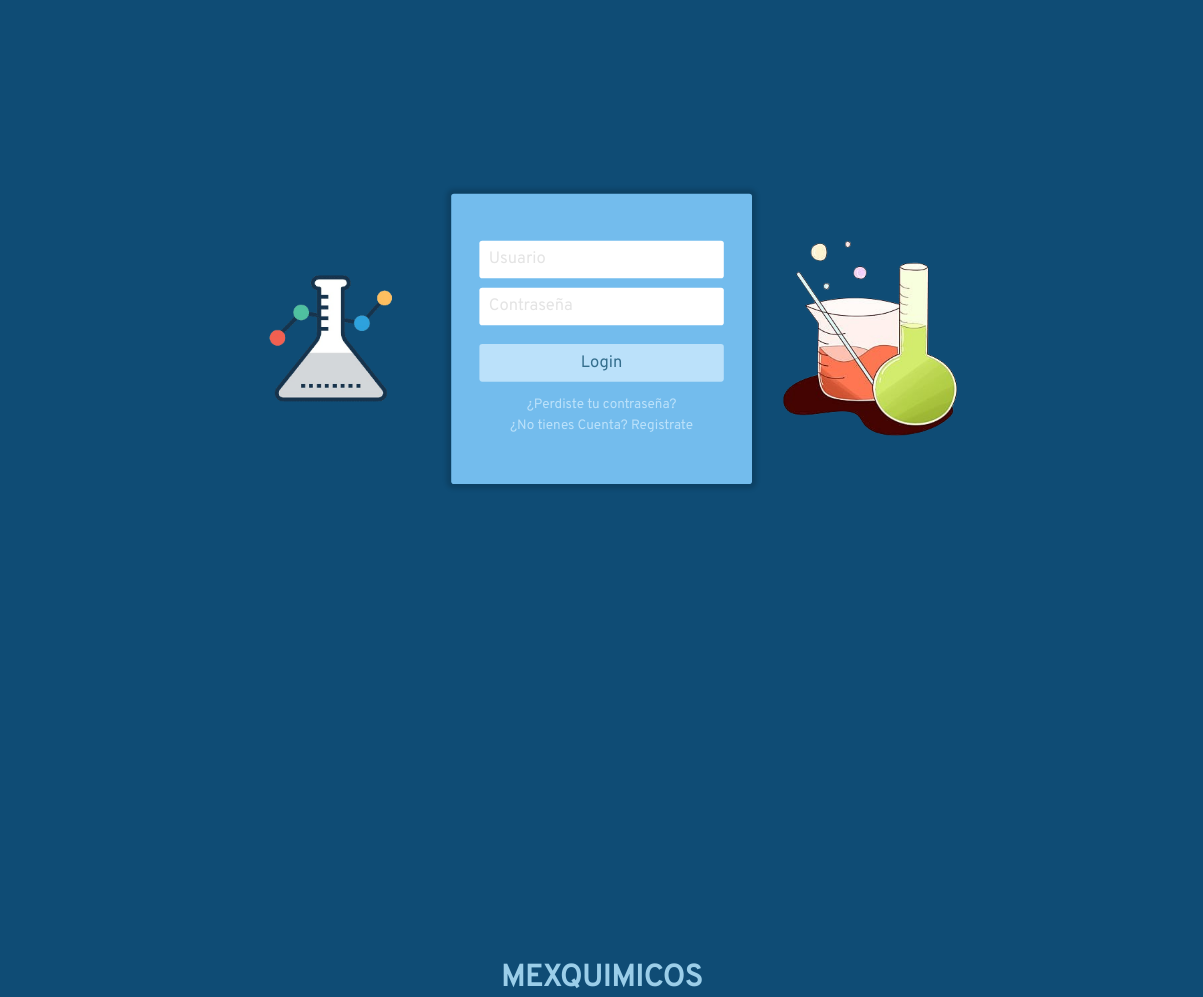
Repository: iDiv3r/MexiQuimicosIsay
Page: Index.html
An editor plug-in stored every save of this project. The page is shown before and after the next save, followed by the edit.
The browser window is 1280 px wide. The pictures show the whole page, at 94% of full size.

Above is the page before, as saved 2023-11-26 16:25:32.

### Index.html
<!doctype html>
<html lang="es">

    <head>

        <meta charset="utf-8">

        <title> Formulario de Acceso </title>

        <meta name="viewport" content="width=device-width, initial-scale=1.0">
        <meta name="author" content="Videojuegos & Desarrollo">
        <meta name="description" content="Muestra de un formulario de acceso en HTML y CSS">
        <meta name="keywords" content="Formulario Acceso, Formulario de LogIn">

        <link href="https://fonts.googleapis.com/css?family=Nunito&display=swap" rel="stylesheet">
        <link href="https://fonts.googleapis.com/css?family=Overpass&display=swap" rel="stylesheet">
        <link rel="stylesheet" href="css/login.css">

        <style type="text/css">

        </style>

        <script type="text/javascript">

        </script>

    </head>
    <body>

        <div id="contenedor">
          <h1>MEXQUIMICOS</h1>
          <img src="img/L1.png" alt="logo" class="logo">
            <div id="central">
                <div id="login">
                    <form action="Controller.php" method="post">
                        <input type="text" name="txtCorreo" placeholder="Usuario" required>
                        <input type="password" placeholder="Contraseña" name="txtPass" required>
                        <button type="submit" title="Ingresar" name="btnIng">Login</button>
                    </form>
                    <div class="pie-form">
                        <a href="#">¿Perdiste tu contraseña?</a>
                        <a href="#">¿No tienes Cuenta? Registrate</a>
                    </div>
                </div>
            </div>
            <img src="img/L2.png" alt="logo" class="logo">
        </div>
    </body>
</html>

### css/login.css
body {
    font-family: 'Overpass', sans-serif;
    font-weight: normal;
    font-size: 100%;
    color: #9bcee9;

    margin: 0;
    background-color: #0f4c75;
}

#contenedor {
    display: flex;
    align-items: center;
    justify-content: center;

    margin: 0;
    padding: 0;
    min-width: 100vw;
    min-height: 100vh;
    width: 100%;
    height: 100%;
}

#central {
    max-width: 320px;
    width: 100%;
}

.titulo {
    font-size: 250%;
    color:#bbe1fa;
    text-align: center;
    margin-bottom: 20px;
}

#login {
    width: 100%;
    padding: 50px 30px;
    background-color: #73bced;

    -webkit-box-shadow: 0px 0px 5px 5px rgba(0,0,0,0.15);
    -moz-box-shadow: 0px 0px 5px 5px rgba(0,0,0,0.15);
    box-shadow: 0px 0px 5px 5px rgba(0,0,0,0.15);

    border-radius: 3px 3px 3px 3px;
    -moz-border-radius: 3px 3px 3px 3px;
    -webkit-border-radius: 3px 3px 3px 3px;

    box-sizing: border-box;
}

#login input {
    font-family: 'Overpass', sans-serif;
    font-size: 110%;
    color: #599fc4;

    display: block;
    width: 100%;
    height: 40px;

    margin-bottom: 10px;
    padding: 5px 5px 5px 10px;

    box-sizing: border-box;

    border: none;
    border-radius: 3px 3px 3px 3px;
    -moz-border-radius: 3px 3px 3px 3px;
    -webkit-border-radius: 3px 3px 3px 3px;
}

#login input::placeholder {
    font-family: 'Overpass', sans-serif;
    color: #E4E4E4;
}

#login button {
    font-family: 'Overpass', sans-serif;
    font-size: 110%;
    color:#346e8d;
    width: 100%;
    height: 40px;
    border: none;

    border-radius: 3px 3px 3px 3px;
    -moz-border-radius: 3px 3px 3px 3px;
    -webkit-border-radius: 3px 3px 3px 3px;

    background-color: #bbe1fa;

    margin-top: 10px;
}

#login button:hover {
    background-color: #5ccef4;
    color:#bbe1fa;
}

.pie-form {
    font-size: 90%;
    text-align: center;
    margin-top: 15px;
}

.pie-form a {
    display: block;
    text-decoration: none;
    color: #bbe1fa;
    margin-bottom: 3px;
}

.pie-form a:hover {
    color: #0f4c75;
}

.inferior {
    margin-top: 10px;
    font-size: 90%;
    text-align: center;
}

.inferior a {
    display: block;
    text-decoration: none;
    color: #bbe1fa;
    margin-bottom: 3px;
}

.inferior a:hover {
    color: #3282b8;
}

.logo{
    image-rendering: auto;
    width: 20%;
    height: 20%;

}

#contenedor {
    position: relative;
}

h1 {
    position: absolute;
    top: 1000px;
    left: 50%;
    transform: translateX(-50%);
}

After the next save:
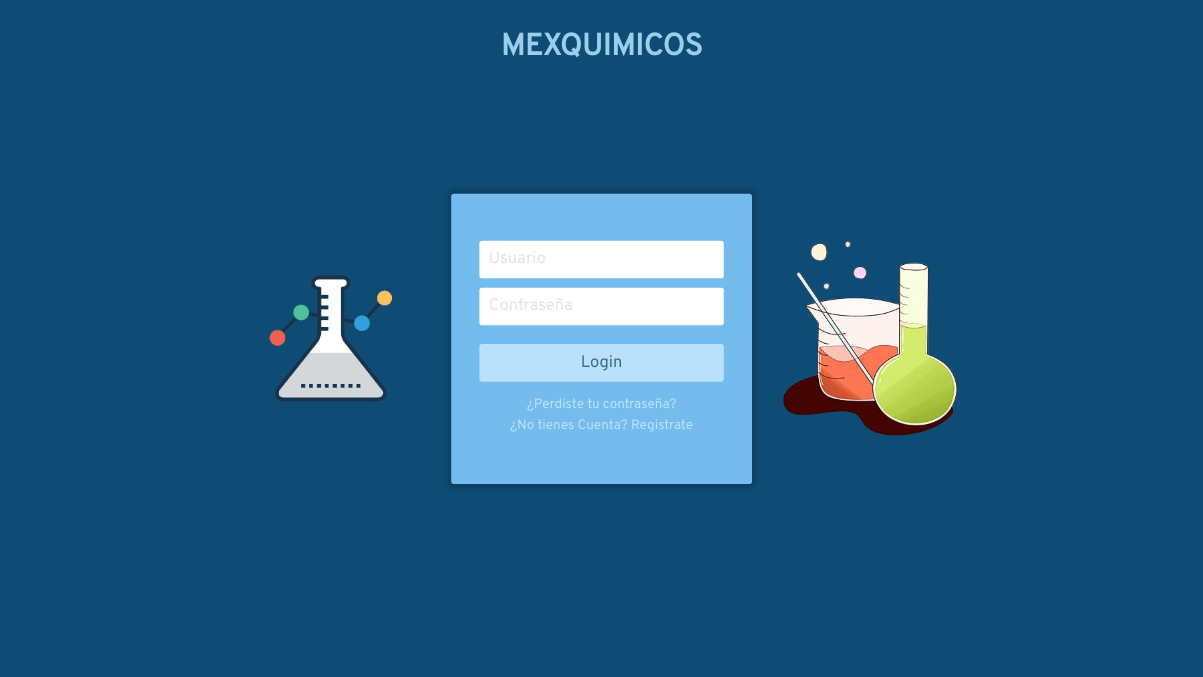
Saved 6 s later.
--- a/css/login.css
+++ b/css/login.css
@@ -143,7 +143,7 @@ body {
 
 h1 {
     position: absolute;
-    top: 1000px;
+    top: 10px;
     left: 50%;
     transform: translateX(-50%);
 }
